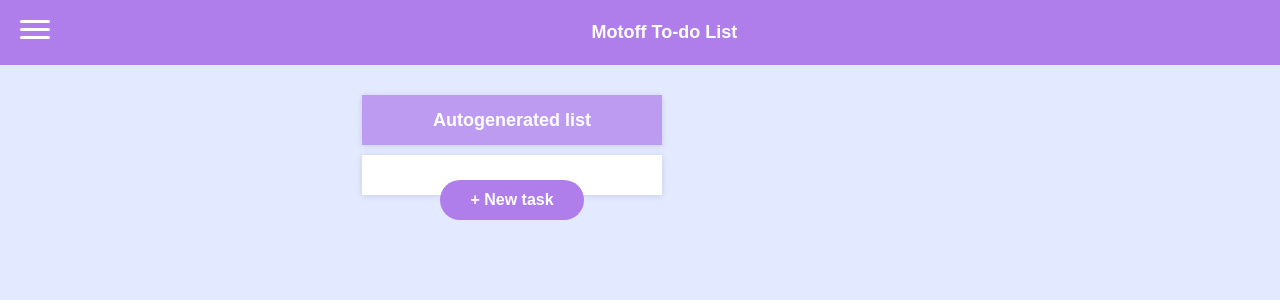
Repository: Amad-Mlinka/Todo-List-Vanilla-JS
Page: index.html
These files come from the project's save history. The page is drawn as it stood at one moment and after the next save; the edit follows.
The browser window is 1280 px wide. The pictures show the whole page.
The page's requests for data from a server got no answer.

Above is the page before, as saved 2021-09-15 18:25:41.

After the next save:
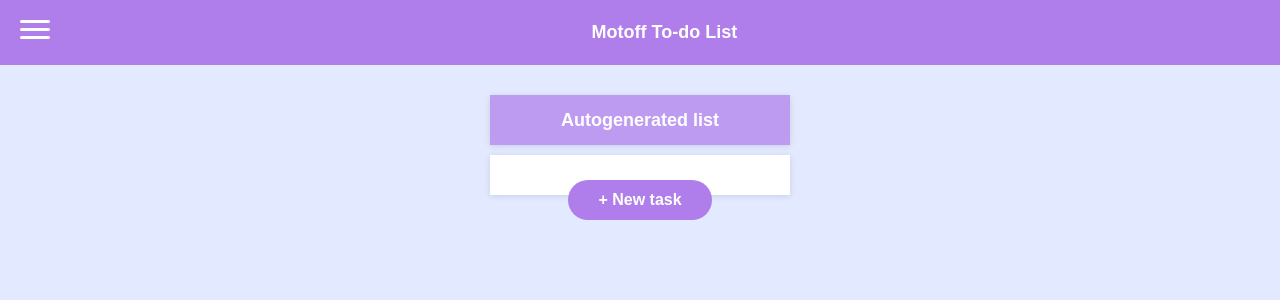
Saved 20 s later.
--- a/styles/style.css
+++ b/styles/style.css
@@ -9,10 +9,11 @@ body {
 .container {
   display: flex;
   flex-direction: column;
-  width: 80%;
+  width: 100%;
   margin: auto;
   position:absolute;
-  left: 0;top: 65px;
+  left: 0;
+  top: 65px;
 }
 .listContainer {
   width: 100%;
